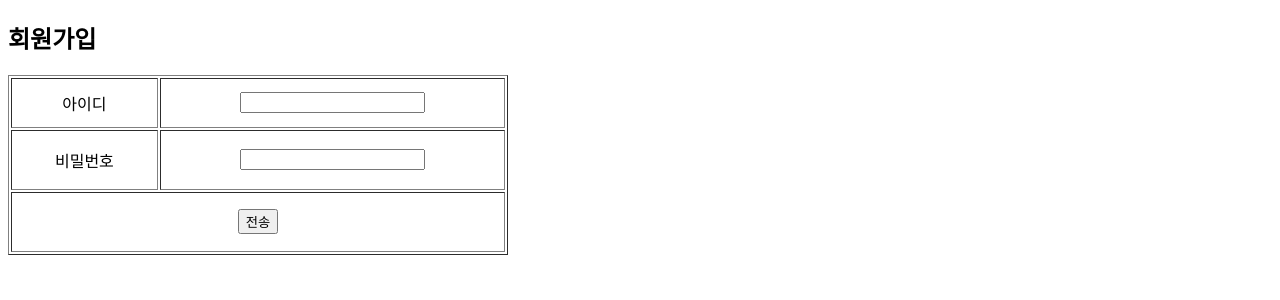
Repository: junirang330/Jsp2026
Page: http://localhost/chapter01/Request/Requestjoin.jsp
An editor plug-in stored every save of this project. The page is shown before and after the next save, followed by the edit.
The browser window is 1280 px wide. The pictures show the whole page.
The page is served by Tomcat 9.

Above is the page before, as saved 2026-10-19 06:33:30.

After the next save:
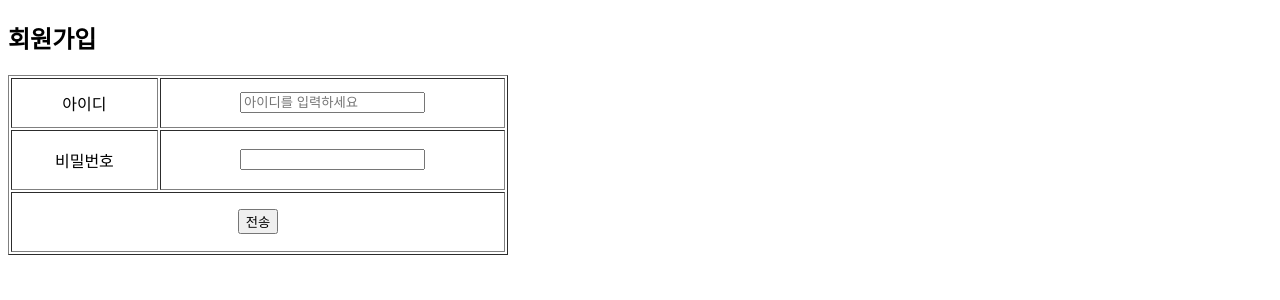
Saved 12 s later.
--- a/chapter01/src/main/webapp/Request/Requestjoin.jsp
+++ b/chapter01/src/main/webapp/Request/Requestjoin.jsp
@@ -14,7 +14,7 @@
 				<tr height = "50">
 					<td align = "center" width = "150">아이디</td>
 					<td align = "center" width = "350">
-						<input type = "text" name = "id"/>
+						<input type = "text" name = "id" placeholder = "아이디를 입력하세요"/>
 					</td>
 
 				</tr>
